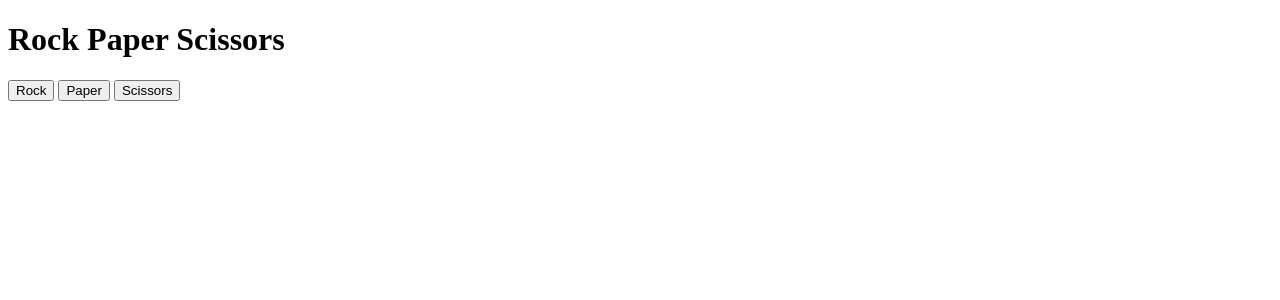
Repository: pgyunknown/Rock_paper_scissors-
Page: index.html
These files come from the project's save history. The page is drawn as it stood at one moment and after the next save; the edit follows.
The browser window is 1280 px wide. The pictures show the whole page.

Above is the page before, as saved 2024-08-19 22:09:24.
Console error (its wording comes from the project's code and is left out).

After the next save:
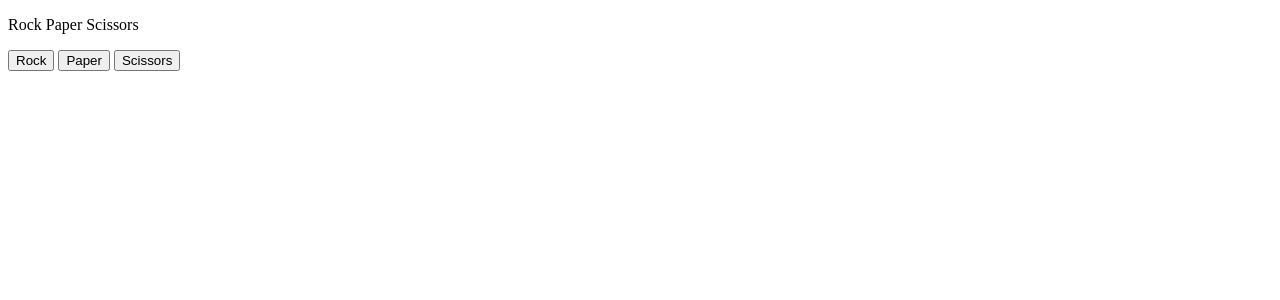
The error is gone.
Saved 8 min 57 s later.
--- a/index.html
+++ b/index.html
@@ -1,54 +1,91 @@
+
 <!DOCTYPE html>
-<html lang="en">
-<head>
-  <meta charset="UTF-8">
-  <meta name="viewport" content="width=device-width, initial-scale=1.0">
-  <title>Document</title>
-</head>
-<body>
-  <h1>Rock Paper Scissors</h1>
-  <button onclick="const randomNumber=Math.random;
-    if(randomNumber>=0 && randomNumber< 1/3){
-      moveName='Rock';
-    }elseif(randomNumber>= 1/3 && randomNumber< 2/3){
-      moveName='Paper';
-    }else(randomNumber>=2/3 && randomNumber<1){
-      moveName='Scissors';
-    }
-      const result='';
-    if(moveName==="Rock"){
-      result='Tie';
-    }elseif(moveName==="Paper"){
-      result='You lose';
-    }else(moveName==="Scissors"){
-      result="You win";
-    }
+<html>
+  <head>
+    <title>Rock Paper Scissors</title>
+  </head>
+  <body>
+    <p>Rock Paper Scissors</p>
+    <button onclick="
+      const randomNumber = Math.random();
 
-    alert(`You picked Rock and Computer picked ${moveName}. You ${result}`);
+      let computerMove = '';
+
+      if (randomNumber >= 0 && randomNumber < 1 / 3) {
+        computerMove = 'rock';
+      } else if (randomNumber >= 1 / 3 && randomNumber < 2 / 3) {
+        computerMove = 'paper';
+      } else if (randomNumber >= 2 / 3 && randomNumber < 1) {
+        computerMove = 'scissors';
+      }
+
+      let result = '';
+
+      if (computerMove === 'rock') {
+        result = 'Tie.';
+      } else if (computerMove === 'paper') {
+        result = 'You lose.';
+      } else if (computerMove === 'scissors') {
+        result = 'You win.';
+      }
+
+      alert(`You picked rock. Computer picked ${computerMove}. ${result}`);
     ">Rock</button>
-  <button onclick="const randomNumber=Math.random;
-      let moveName='';
-      if(randomNumber>=0 && randomNumber< 1/3){
-      moveName='Rock';
-    }elseif(randomNumber>= 1/3 && randomNumber< 2/3){
-      moveName='Paper';
-    }else(randomNumber>=2/3 && randomNumber<1){
-      moveName='Scissors';
-    }">Paper</button>
-  <button onclick="const randomNumber=Math.random;
-      if(randomNumber>=0 && randomNumber< 1/3){
-      moveName='Rock';
-    }elseif(randomNumber>= 1/3 && randomNumber< 2/3){
-      moveName='Paper';
-    }else(randomNumber>=2/3 && randomNumber<1){
-      moveName='Scissors';
-    }">Scissors</button>
 
-  <script>
+    <button onclick="
+      const randomNumber = Math.random();
 
+      let computerMove = '';
 
+      if (randomNumber >= 0 && randomNumber < 1 / 3) {
+        computerMove = 'rock';
+      } else if (randomNumber >= 1 / 3 && randomNumber < 2 / 3) {
+        computerMove = 'paper';
+      } else if (randomNumber >= 2 / 3 && randomNumber < 1) {
+        computerMove = 'scissors';
+      }
 
-  </script>
+      let result = '';
 
-</body>
+      if (computerMove === 'rock') {
+        result = 'You win.';
+      } else if (computerMove === 'paper') {
+        result = 'Tie.';
+      } else if (computerMove === 'scissors') {
+        result = 'You lose.';
+      }
+
+      alert(`You picked paper. Computer picked ${computerMove}. ${result}`);
+    ">Paper</button>
+
+    <button onclick="
+      const randomNumber = Math.random();
+
+      let computerMove = '';
+
+      if (randomNumber >= 0 && randomNumber < 1 / 3) {
+        computerMove = 'rock';
+      } else if (randomNumber >= 1 / 3 && randomNumber < 2 / 3) {
+        computerMove = 'paper';
+      } else if (randomNumber >= 2 / 3 && randomNumber < 1) {
+        computerMove = 'scissors';
+      }
+
+      let result = '';
+
+      if (computerMove === 'rock') {
+        result = 'You lose.';
+      } else if (computerMove === 'paper') {
+        result = 'You win.';
+      } else if (computerMove === 'scissors') {
+        result = 'Tie.';
+      }
+
+      alert(`You picked scissors. Computer picked ${computerMove}. ${result}`);
+    ">Scissors</button>
+
+    <script>
+
+    </script>
+  </body>
 </html>
